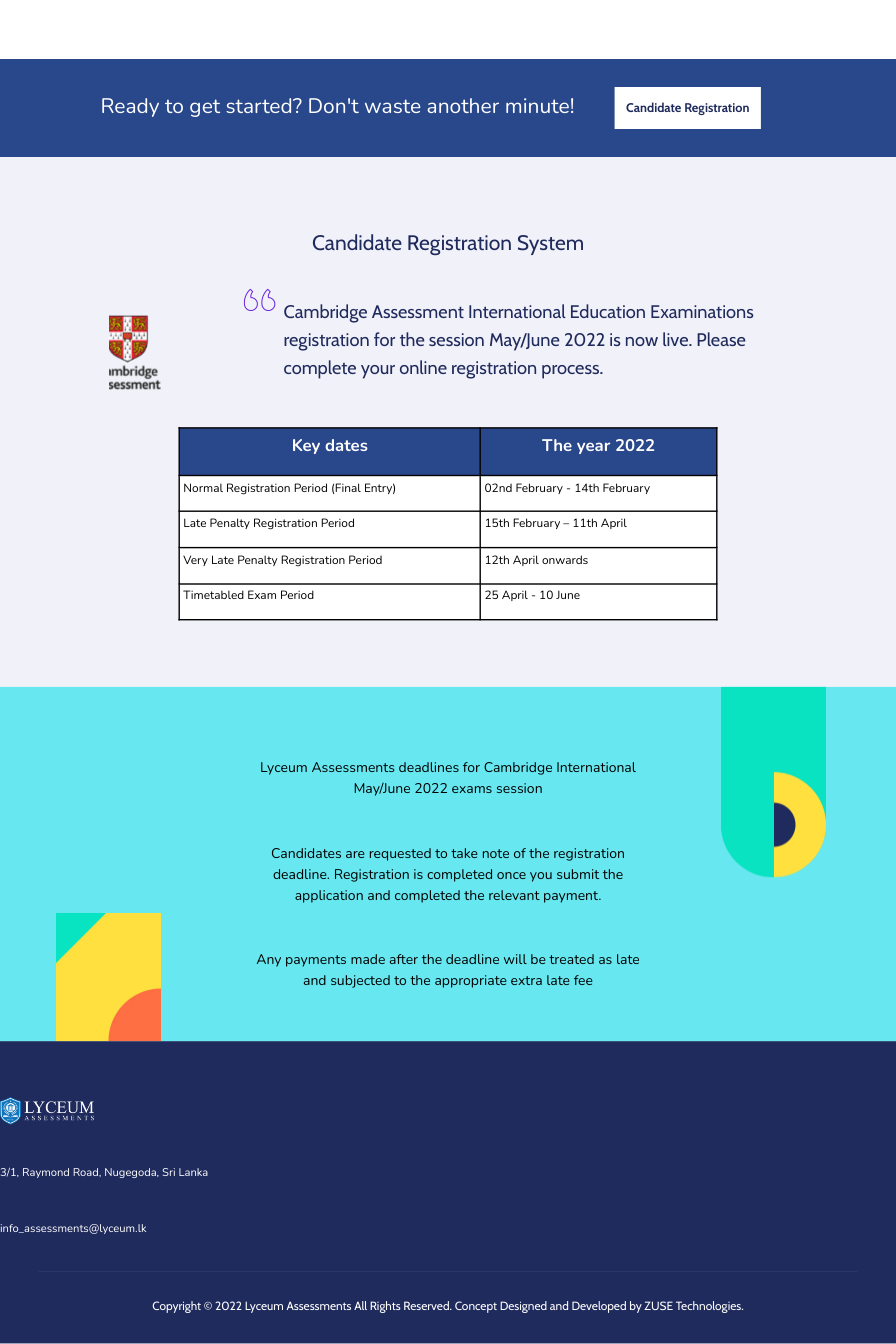
Repository: AXUSLK/LyceumAssessments-HTML
Page: index.html
The author's editor kept a copy of each file at every save. The page is drawn from the files as they stood at one save, then again after the next save.
The browser window is 1280 px wide. The pictures show the part of the page from y = 2715 to 4635 px (the page is 4635 px tall before and 4475 px after), at 70% of full size.
Backgrounds fixed to the window are drawn as part of the page. Some web libraries are served in a nearby version.

Above is the page before, as saved 2022-01-31 15:19:07.

### index.html
<!DOCTYPE html>
<html lang="en">

<head>
	<!-- set the encoding of your site -->
	<meta charset="utf-8">
	<meta name="viewport" content="width=device-width, initial-scale=1.0">
	<!-- set the page title -->
	<title>Lyceum Assessments is a fully owned subsidiary of the Lyceum Group.</title>
	<!-- inlcude google cabin font cdn link -->
	<link
		href="https://fonts.googleapis.com/css2?family=Cabin:ital,wght@0,400;0,500;0,600;0,700;1,400;1,500;1,600;1,700&display=swap"
		rel="stylesheet">
	<!-- inlcude google nunito font cdn link -->
	<link
		href="https://fonts.googleapis.com/css2?family=Nunito:ital,wght@0,300;0,400;0,600;0,700;1,300;1,400;1,600;1,700&display=swap"
		rel="stylesheet">
	<!-- include the site bootstrap stylesheet -->
	<link rel="stylesheet" href="css/bootstrap.css">
	<!-- include the site stylesheet -->
	<link rel="stylesheet" href="style.css">
	<!-- include theme color setting stylesheet -->
	<link rel="stylesheet" href="css/colors.css">
	<!-- include the site responsive stylesheet -->
	<link rel="stylesheet" href="css/responsive.css">
</head>

<body>
	<!-- pageWrapper -->
	<div id="pageWrapper">
		<div class="phStickyWrap">

			<!-- pageHeader -->
			<header id="pageHeader" class="w-100 headerFixer">
				<div class="container">
					<!-- hdHolder -->
					<div class="hdHolder position-relative pt-2 pb-2 pt-lg-4 pb-lg-4 pt-xl-7 pb-xl-7">
						<div class="row">
							<div class="col-4 col-md-2">
								<!-- logo -->
								<div class="logo mt-1">
									<a href="javascript:void(0);">
										<img src="images/LYA__LOGO.png" class="img-fluid" alt="">
									</a>
								</div>
							</div>
							<div class="col-8 col-md-10 position-static">
								<!-- pageNav -->
								<nav id="pageNav"
									class="navbar navbar-expand-md navbar-dark justify-content-end p-0 align-items-start position-static">
									<!-- pageMainNavCollapse -->
									<div class="collapse navbar-collapse pageMainNavCollapse justify-content-end"
										id="pageMainNavCollapse">
										<!-- mainNavigation -->
										<ul class="navbar-nav mainNavigation fwSemi pt-md-2">
											<li class="nav-item">
												<a class="nav-link" href="#pageWrapper">Home <span
														class="sr-only">(current)</span></a>
											</li>
											<li class="nav-item">
												<a class="nav-link" href="#scrollToAbout">About Us</a>
											</li>
											<li class="nav-item">
												<a class="nav-link" href="#scrollToWhy">Why?</a>
											</li>
											<li class="nav-item">
												<a class="nav-link" href="#scrollToCambridge">Cambridge</a>
											</li>
											<li class="nav-item">
												<a class="nav-link" href="#scrollToContact">Contact Us</a>
											</li>
										</ul>
									</div>
									<!-- hdBtn -->
									<a href="javascript:void(0);"
										class="btn btn-info font-weight-normal text-capitalize hdBtn ml-md-3 ml-md-6 ml-lg-12 position-relative border-0 p-0"
										data-hover="Get Started">
										<span class="d-block btnText">Candidate Registration </span>
									</a>
									<!-- pageNavOpener -->
									<button class="navbar-toggler pageNavOpener ml-3" type="button"
										data-toggle="collapse" data-target="#pageMainNavCollapse"
										aria-controls="pageMainNavCollapse" aria-expanded="false"
										aria-label="Toggle navigation">
										<span class="navbar-toggler-icon"></span>
									</button>
								</nav>
							</div>
						</div>
					</div>
				</div>
			</header>
		</div>

		<main>

			<!-- Header -->
			<section class="introBlock d-flex w-100 position-relative text-white bg-secondary">
				<div class="w-100 d-flex align-items-center">
					<!-- ibHolder -->
					<div class="w-100 position-relative ibHolder py-19 py-md-23 py-xl-29">
						<div class="container">
							<div class="row align-items-center">
								<div class="col-12 col-md-6">
									<div class="captionWrap position-relative">
										<div class="wow fadeInUp" data-wow-delay="0.5s">
											<h1 class="text-white font-weight-bold mb-5"> The best route for your
												education
											</h1>
										</div>
										<div class="wow fadeInUp" data-wow-delay="1s">
											<p>Don't waste another minute, concentrate on your studies!</p>
										</div>
										<div class="wow fadeInUp" data-wow-delay="1.5s">
											<a href="#scrollToWhy"
												class="btn btn-info btnMin align-top mt-6 p-0 border-0 position-relative"
												data-hover="Why Us?">
												<span class="d-block btnText">Why?</span>
											</a>
										</div>
									</div>
								</div>
								<div class="col-12 col-md-6 d-none d-md-block imageWrap wow bounceInRight"
									data-wow-delay="2s">
									<!-- imgHolder -->
									<div class="imgHolder pl-7 pl-xl-12 position-relative">
										<img src="./images/header.png">
									</div>
								</div>
							</div>
						</div>
					</div>
				</div>
				<!-- svgBg -->
				<svg class="svgBg">
					<defs>
						<clipPath id="path01" clipPathUnits="objectBoundingBox">
							<path d="M 1 0 L 0.93 0 C 0.7 0.18 0.77 0.26 0.51 0.34 Q 0.36 0.38 0.52 1 L 1 1 Z"></path>
						</clipPath>
					</defs>
					<rect width="100%" height="100%" style="clip-path: url(#path01);" fill="#7730ef"></rect>
				</svg>
				<!-- ibBgPattern -->
				<span class="position-absolute w-100 h-100 ibBgPattern"
					style="background-image: url(images/bgShapes01.png);"></span>
			</section>

			<!-- Partners -->
			<aside class="sponsorsAside position-relative text-center">
				<div class="container">
					<div class="bg-white mt-n12 mt-md-n15 shadow-lg py-4 py-md-7">
						<!-- logosSlider -->
						<div class="logosSlider">

							<!-- slide -->
							<div>
								<!-- logoWrap -->
								<div class="logoWrap">
									<img src="images/lyceum_school.png" class="img-fluid" alt="stylus">
								</div>
							</div>
							<!-- slide -->
							<div>
								<!-- logoWrap -->
								<div class="logoWrap">
									<img src="images/lyceum_placements.png" class="img-fluid" alt="drkht">
								</div>
							</div>
							<!-- slide -->
							<div>
								<!-- logoWrap -->
								<div class="logoWrap">
									<img src="images/lyceum_assessments.png" class="img-fluid" alt="Brook.">
								</div>
							</div>

						</div>
					</div>
				</div>
			</aside>

			<!-- About -->
			<div id="scrollToAbout" class="mt-md-n12 mt-lg-n14 pt-md-12 pt-lg-14">
				<!-- featureBlock -->
				<section class="featureBlock pt-8 pt-md-13 pt-lg-19 pt-xl-23">
					<div class="container">
						<!-- afColumn -->
						<article class="afColumn mb-7 mb-md-11 mb-lg-18">
							<div class="row align-items-center">
								<div class="col-12 col-md-6 wow slideInRight">
									<div class="extraWrap pl-md-7 pl-lg-14">
										<!-- titleWrap -->
										<header class="titleWrap">
											<h3 class="mb-5">About Lyceum Assessments</h3>
											<p>Lyceum Assessments is a fully owned subsidiary of the Lyceum Group. We
												are focusing on
												conducting, administering and offering competitive international and
												Lyceum examinations to
												students island-wide.
											</p>
											<p>
												Lyceum Assessments (Pvt) Limited was incorporated as a private limited
												company under the
												Companies Act of Sri Lanka on 27th July 2021.</p>
										</header>
										<!-- afTabsList -->
										<ul class="nav nav-tabs afTabsList border-0 fontAlter fwMedium mt-8" id="myTab"
											role="tablist">
											<li class="nav-item" role="presentation">
												<a class="nav-link active" id="analytics-tab" data-toggle="tab"
													href="#analytics" role="tab" aria-controls="analytics"
													aria-selected="true">Our Vision</a>
											</li>
											<li class="nav-item" role="presentation">
												<a class="nav-link" id="traffic-tab" data-toggle="tab" href="#traffic"
													role="tab" aria-controls="traffic" aria-selected="false">Our
													Mission</a>
											</li>
										</ul>
										<!-- myTabContent -->
										<div class="tab-content" id="myTabContent">
											<div class="tab-pane fade show active" id="analytics" role="tabpanel"
												aria-labelledby="analytics-tab">
												<div class="mtctWrap overflow-hidden pt-5">
													<p>To become the market leader in the administration of assessments
														in the region.</p>
												</div>
											</div>
											<div class="tab-pane fade" id="traffic" role="tabpanel"
												aria-labelledby="traffic-tab">
												<div class="mtctWrap overflow-hidden pt-5">
													<p>To provide the expertise required to assess learning at different
														levels of education by making
														globally recognized awards and qualifications accessible &
														affordable to all while ensuring
														international quality standards.</p>
												</div>
											</div>
										</div>
									</div>
								</div>

								<div class="col-12 col-md-6 wow slideInLeft">
									<!-- imgHolder -->
									<div class="imgHolder position-relative mx-auto mb-4 mb-md-0">
										<img src="./images/about.png" class="img-fluid" alt="image description">
										<!-- bgPattern -->
										<span class="bgPattern position-absolute"
											style="background-image: url(images/bgShapes03.png);"></span>
									</div>
								</div>
							</div>
						</article>
					</div>
				</section>
			</div>

			<!-- allFeatBlock -->
			<section id="scrollToWhy" class="allFeatBlock pb-3 pb-lg-10 pb-xl-14">
				<div class="container">
					<!-- afColumnsWrap -->
					<div class="afColumnsWrap">
						<!-- afColumn -->
						<article class="afColumn mb-7 mb-md-11 mb-lg-18">
							<div class="row align-items-center">
								<div class="col-12 col-md-6 wow slideInLeft">
									<!-- imgHolder -->
									<div class="imgHolder position-relative mx-auto mb-4 mb-md-0">
										<img src="./images/lyceum_group.png" class="img-fluid" alt="image description">
										<!-- bgPattern -->
										<span class="bgPattern position-absolute"
											style="background-image: url(images/bgShapes03.png);"></span>
									</div>
								</div>
								<div class="col-12 col-md-6 wow slideInRight">
									<div class="extraWrap pl-md-7 pl-lg-14">
										<!-- titleWrap -->
										<header class="titleWrap">
											<h3 class="mb-5">The Lyceum Group</h3>
										</header>
										<p>
										<p>Lyceum group allows the students to grow with international ideals and
											character, in a multi-ethnic, multi-cultural and multi-religious, school
											environment. Academic and co-curricular programmes conducted by Lyceum
											International Schools, fully complying with international standards.</p>
										<p>The Honourable Dr. Mohan Lal Grero, a visionary educator founded Lyceum
											International Schools in 1993 to provide English medium education up to
											Grade 12. The school is non-profit organization, which is co-educational and
											committed to the pursuit of excellence in teaching and learning in the
											English medium, which is accessible and affordable to all within the
											socio-cultural environment of Sri Lanka.</p>
										<p>Lyceum Placements and Lyceum Assessments are the latest additions to the
											Lyceum Group</p>
										</p>
									</div>
								</div>
							</div>
						</article>
						<!-- afColumn -->
						<article class="afColumn mb-7 mb-md-11 mb-lg-18">
							<div class="row align-items-center">
								<div class="col-12 col-md-6 wow slideInLeft">
									<!-- imgHolder -->
									<div class="imgHolder position-relative mx-auto mb-4 mb-md-0">
										<img src="./images/cambridge.png" class="img-fluid" alt="image description">
										<!-- bgPattern -->
										<span class="bgPattern position-absolute"
											style="background-image: url(images/bgShapes03.png);"></span>
									</div>
								</div>
								<div class="col-12 col-md-6 wow slideInRight">
									<div class="extraWrap pr-md-7 pr-lg-14">
										<!-- titleWrap -->
										<header class="titleWrap">
											<h3 class="mb-5">Cambridge International Examinations</h3>
											<p>
											<p>Cambridge Assessment International Education prepares school students for
												life, helping them develop an informed curiosity and a lasting passion
												for learning.</p>
											<p>Cambridge international qualifications are recognized by the
												world&rsquo;s best universities and employers, giving students a wide
												range of options in their education and career. As a not-for-profit
												organization, Cambridge devotes their resources to delivering
												high-quality educational programs that can unlock learners' potential.
											</p>
											</p>
										</header>

									</div>
								</div>
							</div>
						</article>
					</div>
				</div>
			</section>

			<!-- tryPetAside -->
			<aside class="tryPetAside text-center text-white py-5 py-lg-8 wow pulse">
				<div class="container">
					<p class="mb-0">Ready to get started? Don't waste another minute! <a href="javascript:void(0);"
							class="btn btnWhite mt-3 mt-md-0 mx-md-4 mx-lg-10 btnMin p-0 border-0 position-relative"
							data-hover="Try it"><span class="d-block btnText">Candidate Registration</span></a></p>
				</div>
			</aside>

			<div id="scrollToCambridge" class="mt-md-n12 mt-lg-n14 pt-md-12 pt-lg-14 wow fadeIn" data-wow-delay="1s">
				<!-- testimonialsBlock -->
				<article
					class="testimonialsBlock bg-light pt-7 pb-5 pt-md-9 pb-md-7 pt-lg-14 pb-lg-12 pt-xl-21 pb-xl-19">
					<div class="container">
						<header class="text-center mb-8">
							<h2 class="h4 font-weight-normal">Candidate
								Registration System</h2>
						</header>
						<div class="row">
							<div class="col-12 col-md-10 offset-md-1">
								<!-- quotesSlider -->
								<div class="quotesSlider">
									<div>
										<!-- clientQuote -->
										<blockquote
											class="clientQuote fontAlter position-relative text-primary pt-25 pt-sm-0 pl-sm-40 pl-xl-50 mb-0">
											<q class="d-block position-relative mb-7 pt-4 pl-12 pl-sm-0">Cambridge
												Assessment International Education Examinations registration for the
												session May/June
												2022 is now live. Please complete your online registration
												process. </q>
											<cite class="d-block pl-12 pl-sm-0">
												<!-- profilePicWrap -->
												<span
													class="profilePicWrap position-absolute overflow-hidden rounded-circle">
													<img src="./images/cambridge_logo.png"
														class="img-fluid w-100 h-100 imgFit rounded-circle"
														alt="Donald Salvor || Global Initiative">
												</span>

											</cite>
										</blockquote>
									</div>
								</div>
							</div>
						</div>
						<div class="row">
							<div class="col-md-2"></div>
							<div class="col-md-8">
								<table class="infoTable">
									<tbody>
										<tr>
											<th width="298">
												<p><strong>Key dates</strong></p>
											</th>
											<th width="234">
												<p><strong>The year 2022</strong></p>
											</th>
										</tr>
										<tr>
											<td width="298">
												<p>Normal Registration Period (Final Entry)</p>
											</td>
											<td width="234">
												<p>02nd February - 14th February</p>
											</td>
										</tr>
										<tr>
											<td width="298">
												<p>Late Penalty Registration Period</p>
											</td>
											<td width="234">
												<p>15th February &ndash; 11th April</p>
											</td>
										</tr>
										<tr>
											<td width="298">
												<p>Very Late Penalty Registration Period</p>
											</td>
											<td width="234">
												<p>12th April onwards</p>
											</td>
										</tr>
										<tr>
											<td width="298">
												<p>Timetabled Exam Period</p>
											</td>
											<td width="234">
												<p>25 April - 10 June</p>
											</td>
										</tr>
									</tbody>
								</table>
							</div>
							<div class="col-md-2"></div>

						</div>

					</div>
				</article>
			</div>

			<!-- getStartedAside -->
			<aside
				class="getStartedAside textMedium position-relative d-flex w-100 bg-info text-center overflow-hidden">
				<div class="d-flex w-100 gsaHolder align-items-center">
					<div class="w-100 py-7">
						<div class="container">
							<div class="row">
								<div
									class="col-12 col-md-10 offset-md-1 col-lg-8 offset-lg-2 col-xl-6 offset-xl-3 wow wobble">
									<!-- <h1 class="h1Medium fontBase font-weight-normal mb-4">Let us help you with your
										design hassles</h1> -->

									<div class="infoTableP">
										<p>&nbsp;</p>
										<p>Lyceum Assessments deadlines for Cambridge International May/June 2022 exams
											session</p>
										<p>&nbsp;</p>
										<p>Candidates are requested to take note of the registration deadline.
											Registration
											is completed once you submit the application and completed the relevant
											payment.
										</p>
										<p>&nbsp;</p>
										<p>Any payments made after the deadline will be treated as late and subjected to
											the
											appropriate extra late fee</p>
									</div>

								</div>
							</div>
						</div>
					</div>
				</div>
				<span class="bgPattern bgPatterni inaccessible position-absolute wow bounceInDown" data-wow-delay="1s">
					<img src="images/bgShapes05.png" class="img-fluid" alt="image description">
				</span>
				<span class="bgPattern bgPatternii inaccessible position-absolute  wow bounceInUp" data-wow-delay="1s">
					<img src="images/bgShapes04.jpg" class="img-fluid" alt="image description">
				</span>
			</aside>

		</main>

		<!-- Footer -->
		<div class="ftAreaWrap bg-primary text-gray777fa1 wow fadeIn" data-wow-delay="0.5s">
			<!-- footerAside -->
			<aside id="scrollToContact"
				class="footerAside pt-20 pt-md-10 pt-lg-16 pb-1 pb-md-4 position-relative text-center text-sm-left">
				<div style="">
					<!-- ftLogo -->
					<div class="ftLogo mb-6 mx-auto mx-md-0">
						<a href="javascript:void(0);">
							<img src="images/LYA__LOGO.png" class="img-fluid" alt="">
						</a>
					</div><br />

					<!-- ftAddress -->
					<address class="ftAddress text-center text-md-left mb-6 mt-6 mt-md-0">3/1, Raymond Road,
						Nugegoda, Sri Lanka</address>
					<br />
					<address class="ftAddress text-center text-md-left mb-6 mt-6 mt-md-0">
						info_assessments@lyceum.lk</address>
				</div>
			</aside>
			<!-- pageFooter -->
			<footer id="pageFooter" class="text-center fontAlter">
				<div class="container">
					<!-- pfHolder -->
					<div class="pfHolder pt-7 pb-5">
						<p>Copyright © 2022 Lyceum Assessments All Rights
							Reserved. Concept Designed and Developed by
							<a target="_blank" href="https://zuse.lk/">ZUSE Technologies.</a>
						</p>
					</div>
				</div>
			</footer>
		</div>

	</div>
	<!-- include jQuery library -->
	<script src="js/jquery-3.4.1.min.js"></script>
	<!-- include bootstrap popper JavaScript -->
	<script src="js/popper.min.js"></script>
	<!-- include bootstrap JavaScript -->
	<script src="js/bootstrap.min.js"></script>
	<!-- include custom JavaScript -->
	<script src="js/jqueryCustom.js"></script>
	<!-- include fontAwesome -->
	<script src="https://kit.fontawesome.com/391f644c42.js"></script>
</body>

</html>

### css/colors.css
.btnTheme .btnText,
#pageHeader.fixedPosition,
.featColumn:before,
.tryPetAside,
.ftSocialNetworks > li > a:hover {
	background-color: #29478b;
}

.btnTheme:before,
.afDefList .icn,
.afTabsList .nav-link.active,
.clientQuote q:before,
.tickList > li:before {
	color: #6720df;
}

.btnTheme:before,
.btnTheme .btnText,
.afTabsList .nav-link.active {
	border-color: #6720df;
}

Loaded but not shown: css/bootstrap.css (library); js/jquery-3.4.1.min.js (library); js/popper.min.js (library); js/bootstrap.min.js (library); js/jqueryCustom.js (771 lines, source omitted); style.css (4758 lines, source omitted); css/responsive.css (209 lines, source omitted)

After the next save:
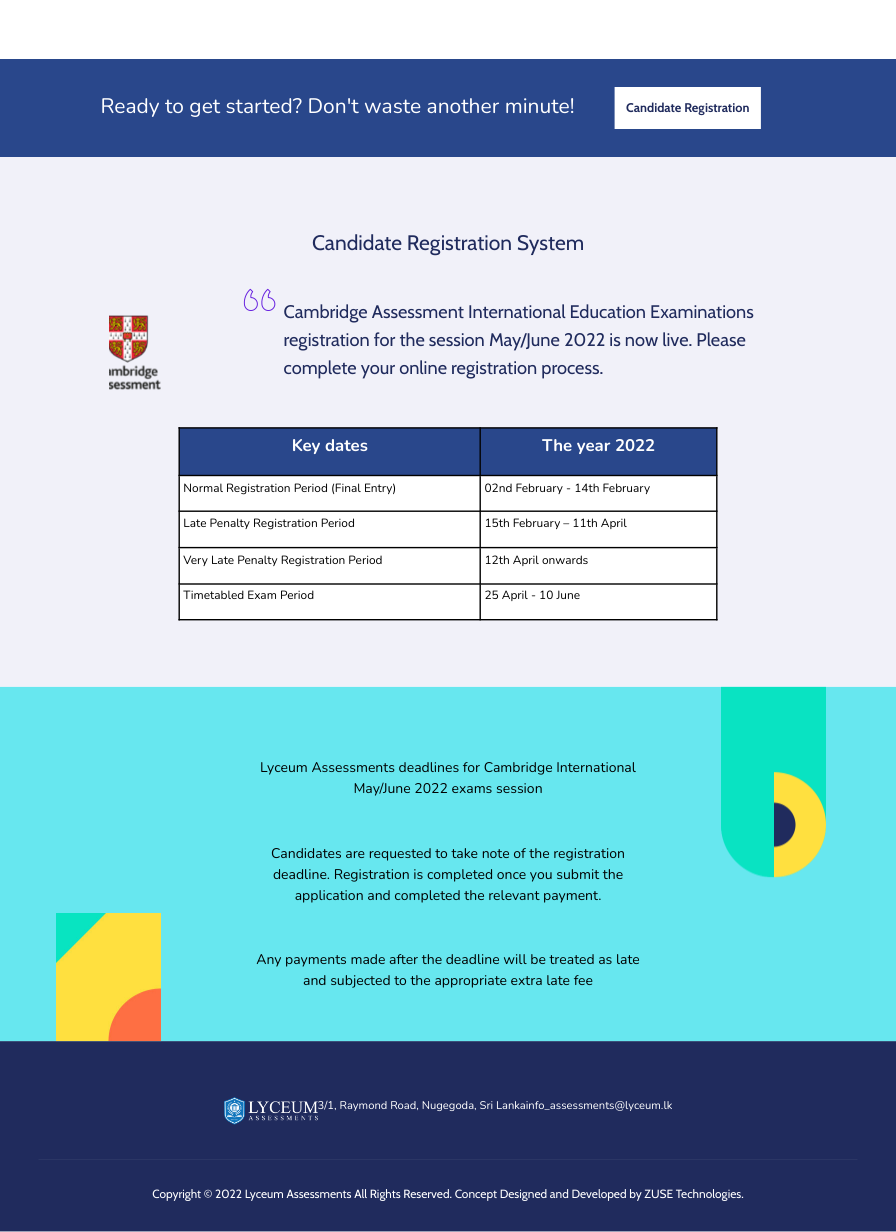
Saved 5 s later.
--- a/index.html
+++ b/index.html
@@ -484,7 +484,7 @@
 			<!-- footerAside -->
 			<aside id="scrollToContact"
 				class="footerAside pt-20 pt-md-10 pt-lg-16 pb-1 pb-md-4 position-relative text-center text-sm-left">
-				<div style="">
+				<div class="centerDiv">
 					<!-- ftLogo -->
 					<div class="ftLogo mb-6 mx-auto mx-md-0">
 						<a href="javascript:void(0);">
